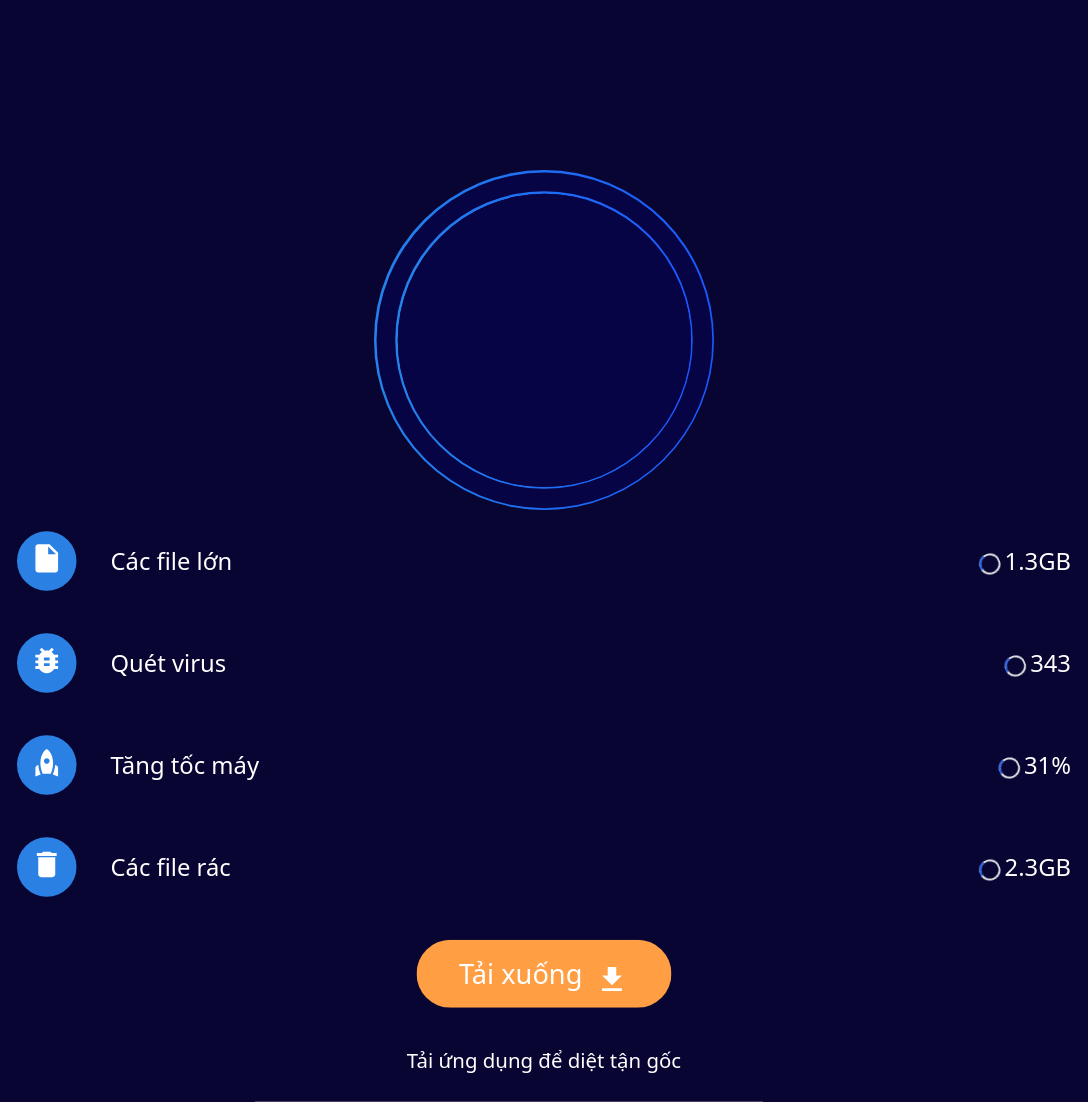
Repository: Kiendz3202/anti-virus-landingpage-mobile
Page: /, after clicking the first element matching `div.from-\[\#1CE5F8\]`
An editor plug-in stored every save of this project. The page is shown before and after the next save, followed by the edit.
The browser window is 1280 px wide. The pictures show the whole page, at 85% of full size.
The project was rebuilt for these pictures with package versions that can differ from the ones it lists, and the page was loaded fresh each time. The framework's server and built-in components were replaced by stand-ins that run in the browser. Also part of the build but not shown: next.config.js.

Above is the page before, as saved 2023-01-08 19:16:24.

### pages/index.js
import HomeView from '../views';

export default function Home() {
	return <HomeView />;
}

### styles/globals.css
@tailwind base;
@tailwind components;
@tailwind utilities;

@layer base {
	html {
		/* font-size: calc(15px + 0.390625vw); //15px */
		font-size: 10px;
	}

	* {
		box-sizing: border-box;
	}

	@media (max-width: 640px) {
		html {
			font-size: 7px;
		}
	}

	@media (min-width: 640px) {
		html {
			font-size: 7px;
		}
	}

	@media (min-width: 768px) {
		html {
			font-size: 8px;
		}
	}

	@media (min-width: 1024px) {
		html {
			font-size: 9px;
		}
	}

	@media (min-width: 1280px) {
		html {
			font-size: 10px;
		}
	}
}

### views/index.js
import React, { useEffect, useState } from 'react';
import ScanResult from '../components/ScanResult';
import ScanShield from '../components/ScanShield';
import { delay } from '../utils/delay';

function HomeView() {
	// const [isCheckingInitial, setIsCheckingInitial] = useState(true);
	const [loadingScan, setLoadingScan] = useState(false);
	const [showResult, setShowResult] = useState(false);
	// useEffect(() => {
	// 	const intervalID = setTimeout(() => {
	// 		setIsCheckingInitial((toggle) => !toggle);
	// 	}, 2000);

	// 	return () => clearInterval(intervalID);
	// }, []);

	const scanHandle = async () => {
		if (!showResult) {
			// setIsCheckingInitial(false);
			setLoadingScan(true);
			// await delay(4000);
			setLoadingScan(false);
			setShowResult(true);
		}
	};
	return (
		<div className="h-screen bg-[#080533]">
			<div
				className={` w-full   transition-all ease-in-out duration-[1500ms] pt-[20rem] ${
					showResult ? ' h-[0px]' : 'h-screen'
				}`}
			>
				<div
					className={`bg-[#08043D] h-[40rem] w-[40rem] mx-auto rounded-full flex items-center justify-center ${
						showResult ? 'hidden' : ''
					}`}
				>
					<div className=" bg-[#070446] h-[32rem] w-[32rem] rounded-full flex items-center justify-center relative">
						<div className="bg-gradient-to-r from-[#0F2171] to-[#075DAF] h-[28rem] w-[28rem] rounded-full flex items-center justify-center animate-spin"></div>
						<div
							onClick={scanHandle}
							className=" bg-gradient-to-r from-[#1CE5F8] to-[#0092FF] h-[24rem] w-[24rem] rounded-full flex items-center justify-center absolute top-[4rem]"
						>
							<div className=" bg-gradient-to-r from-[#08042E] to-[#060075] h-[23rem] w-[23rem] rounded-full flex items-center justify-center ">
								<span className="text-white text-[6rem] font-semibold">
									Quét
								</span>
							</div>
						</div>
					</div>
				</div>
			</div>
			{showResult ? (
				<div className="text-white">
					<ScanShield />
					<ScanResult />
				</div>
			) : (
				''
			)}
		</div>
	);
}

export default HomeView;

### components/ScanResult.js
import InsertDriveFileIcon from '@mui/icons-material/InsertDriveFile';
import BugReportIcon from '@mui/icons-material/BugReport';
import RocketIcon from '@mui/icons-material/Rocket';
import DeleteIcon from '@mui/icons-material/Delete';
import FileDownloadIcon from '@mui/icons-material/FileDownload';
import { useState, useEffect } from 'react';
import { delay } from '../utils/delay';

function getRandomArbitrary(min, max) {
	return Math.random() * (max - min) + min;
}

function ScanResult() {
	const [isScanning, setIsScanning] = useState(true);
	const [bigFile, setBigFile] = useState(
		getRandomArbitrary(0.3, 2).toString().slice(0, 3)
	);
	const [virus, setVirus] = useState(
		getRandomArbitrary(108, 352).toString().split('.')[0]
	);
	const [speedPercent, setSpeedPercent] = useState(
		getRandomArbitrary(30, 80).toString().split('.')[0]
	);
	const [trashFile, setTrashFile] = useState(
		getRandomArbitrary(0.2, 3).toString().slice(0, 3)
	);
	const arr = Array.from(Array(30).keys());

	const loopAsync = async () => {
		for (const number of arr) {
			setBigFile(() => getRandomArbitrary(0.3, 2).toString().slice(0, 3));
			setVirus(
				() => getRandomArbitrary(108, 352).toString().split('.')[0]
			);
			setSpeedPercent(
				() => getRandomArbitrary(30, 80).toString().split('.')[0]
			);
			setTrashFile(() =>
				getRandomArbitrary(0.2, 3).toString().slice(0, 3)
			);
			await delay(200);
		}
		setIsScanning(false);
	};
	useEffect(() => {
		loopAsync();
	}, []);

	// const bigFile = getRandomArbitrary(0.3, 2).toString().slice(0, 3);
	// const virus = getRandomArbitrary(108, 352).toString().split('.')[0];
	// const speedPercent = getRandomArbitrary(30, 80).toString().split('.')[0];
	// const trashFile = getRandomArbitrary(0.2, 3).toString().slice(0, 3);
	// console.log(trashFile);
	return (
		<div className="bg-[#080533]">
			{/* big file  */}
			<div className="flex justify-between  h-[12rem] items-center text-[2.8rem] font-medium ">
				<div>
					<div className="bg-[#2A81E3] text-white rounded-full w-[7rem] h-[7rem] ml-[2rem]">
						<InsertDriveFileIcon
							sx={{
								fontSize: '4rem',
								marginLeft: '1.5rem',
								marginTop: '1.2rem',
							}}
						/>
					</div>
				</div>
				<div className=" mr-auto ml-[4rem]">Các file lớn</div>
				<div className="flex">
					{isScanning && (
						<div role="status">
							<svg
								aria-hidden="true"
								class="inline w-10 h-10 mr-2 text-gray-200 animate-spin dark:text-gray-600 fill-blue-600"
								viewBox="0 0 100 101"
								fill="none"
								xmlns="http://www.w3.org/2000/svg"
							>
								<path
									d="M100 50.5908C100 78.2051 77.6142 100.591 50 100.591C22.3858 100.591 0 78.2051 0 50.5908C0 22.9766 22.3858 0.59082 50 0.59082C77.6142 0.59082 100 22.9766 100 50.5908ZM9.08144 50.5908C9.08144 73.1895 27.4013 91.5094 50 91.5094C72.5987 91.5094 90.9186 73.1895 90.9186 50.5908C90.9186 27.9921 72.5987 9.67226 50 9.67226C27.4013 9.67226 9.08144 27.9921 9.08144 50.5908Z"
									fill="currentColor"
								/>
								<path
									d="M93.9676 39.0409C96.393 38.4038 97.8624 35.9116 97.0079 33.5539C95.2932 28.8227 92.871 24.3692 89.8167 20.348C85.8452 15.1192 80.8826 10.7238 75.2124 7.41289C69.5422 4.10194 63.2754 1.94025 56.7698 1.05124C51.7666 0.367541 46.6976 0.446843 41.7345 1.27873C39.2613 1.69328 37.813 4.19778 38.4501 6.62326C39.0873 9.04874 41.5694 10.4717 44.0505 10.1071C47.8511 9.54855 51.7191 9.52689 55.5402 10.0491C60.8642 10.7766 65.9928 12.5457 70.6331 15.2552C75.2735 17.9648 79.3347 21.5619 82.5849 25.841C84.9175 28.9121 86.7997 32.2913 88.1811 35.8758C89.083 38.2158 91.5421 39.6781 93.9676 39.0409Z"
									fill="currentFill"
								/>
							</svg>
							<span class="sr-only">Loading...</span>
						</div>
					)}
					<div className="pr-[2rem]">{bigFile}GB</div>
				</div>
			</div>
			{/* diet virus  */}
			<div className="flex justify-between  h-[12rem] items-center text-[2.8rem] font-medium">
				<div>
					<div className="bg-[#2A81E3] text-white rounded-full w-[7rem] h-[7rem] ml-[2rem]">
						<BugReportIcon
							sx={{
								fontSize: '4rem',
								marginLeft: '1.5rem',
								marginTop: '1.2rem',
							}}
						/>
					</div>
				</div>
				<div className=" mr-auto ml-[4rem]">Quét virus</div>
				<div className="flex">
					{isScanning && (
						<div role="status">
							<svg
								aria-hidden="true"
								class="inline w-10 h-10 mr-2 text-gray-200 animate-spin dark:text-gray-600 fill-blue-600"
								viewBox="0 0 100 101"
								fill="none"
								xmlns="http://www.w3.org/2000/svg"
							>
								<path
									d="M100 50.5908C100 78.2051 77.6142 100.591 50 100.591C22.3858 100.591 0 78.2051 0 50.5908C0 22.9766 22.3858 0.59082 50 0.59082C77.6142 0.59082 100 22.9766 100 50.5908ZM9.08144 50.5908C9.08144 73.1895 27.4013 91.5094 50 91.5094C72.5987 91.5094 90.9186 73.1895 90.9186 50.5908C90.9186 27.9921 72.5987 9.67226 50 9.67226C27.4013 9.67226 9.08144 27.9921 9.08144 50.5908Z"
									fill="currentColor"
								/>
								<path
									d="M93.9676 39.0409C96.393 38.4038 97.8624 35.9116 97.0079 33.5539C95.2932 28.8227 92.871 24.3692 89.8167 20.348C85.8452 15.1192 80.8826 10.7238 75.2124 7.41289C69.5422 4.10194 63.2754 1.94025 56.7698 1.05124C51.7666 0.367541 46.6976 0.446843 41.7345 1.27873C39.2613 1.69328 37.813 4.19778 38.4501 6.62326C39.0873 9.04874 41.5694 10.4717 44.0505 10.1071C47.8511 9.54855 51.7191 9.52689 55.5402 10.0491C60.8642 10.7766 65.9928 12.5457 70.6331 15.2552C75.2735 17.9648 79.3347 21.5619 82.5849 25.841C84.9175 28.9121 86.7997 32.2913 88.1811 35.8758C89.083 38.2158 91.5421 39.6781 93.9676 39.0409Z"
									fill="currentFill"
								/>
							</svg>
							<span class="sr-only">Loading...</span>
						</div>
					)}
					<div className="pr-[2rem]">{virus}</div>
				</div>
			</div>
			{/* tang toc  */}
			<div className="flex justify-between  h-[12rem] items-center text-[2.8rem] font-medium">
				<div>
					<div className="bg-[#2A81E3] text-white rounded-full w-[7rem] h-[7rem] ml-[2rem]">
						<RocketIcon
							sx={{
								fontSize: '4rem',
								marginLeft: '1.5rem',
								marginTop: '1.2rem',
							}}
						/>
					</div>
				</div>
				<div className=" mr-auto ml-[4rem]">Tăng tốc máy</div>
				<div className="flex">
					{isScanning && (
						<div role="status">
							<svg
								aria-hidden="true"
								class="inline w-10 h-10 mr-2 text-gray-200 animate-spin dark:text-gray-600 fill-blue-600"
								viewBox="0 0 100 101"
								fill="none"
								xmlns="http://www.w3.org/2000/svg"
							>
								<path
									d="M100 50.5908C100 78.2051 77.6142 100.591 50 100.591C22.3858 100.591 0 78.2051 0 50.5908C0 22.9766 22.3858 0.59082 50 0.59082C77.6142 0.59082 100 22.9766 100 50.5908ZM9.08144 50.5908C9.08144 73.1895 27.4013 91.5094 50 91.5094C72.5987 91.5094 90.9186 73.1895 90.9186 50.5908C90.9186 27.9921 72.5987 9.67226 50 9.67226C27.4013 9.67226 9.08144 27.9921 9.08144 50.5908Z"
									fill="currentColor"
								/>
								<path
									d="M93.9676 39.0409C96.393 38.4038 97.8624 35.9116 97.0079 33.5539C95.2932 28.8227 92.871 24.3692 89.8167 20.348C85.8452 15.1192 80.8826 10.7238 75.2124 7.41289C69.5422 4.10194 63.2754 1.94025 56.7698 1.05124C51.7666 0.367541 46.6976 0.446843 41.7345 1.27873C39.2613 1.69328 37.813 4.19778 38.4501 6.62326C39.0873 9.04874 41.5694 10.4717 44.0505 10.1071C47.8511 9.54855 51.7191 9.52689 55.5402 10.0491C60.8642 10.7766 65.9928 12.5457 70.6331 15.2552C75.2735 17.9648 79.3347 21.5619 82.5849 25.841C84.9175 28.9121 86.7997 32.2913 88.1811 35.8758C89.083 38.2158 91.5421 39.6781 93.9676 39.0409Z"
									fill="currentFill"
								/>
							</svg>
							<span class="sr-only">Loading...</span>
						</div>
					)}
					<div className="pr-[2rem]">{speedPercent}%</div>
				</div>
			</div>
			{/* Các file rác   */}
			<div className="flex justify-between  h-[12rem] items-center text-[2.8rem] font-medium">
				<div>
					<div className="bg-[#2A81E3] text-white rounded-full w-[7rem] h-[7rem] ml-[2rem]">
						<DeleteIcon
							sx={{
								fontSize: '4rem',
								marginLeft: '1.5rem',
								marginTop: '1.2rem',
							}}
						/>
					</div>
				</div>
				<div className=" mr-auto ml-[4rem]">Các file rác</div>
				<div className="flex">
					{isScanning && (
						<div role="status">
							<svg
								aria-hidden="true"
								class="inline w-10 h-10 mr-2 text-gray-200 animate-spin dark:text-gray-600 fill-blue-600"
								viewBox="0 0 100 101"
								fill="none"
								xmlns="http://www.w3.org/2000/svg"
							>
								<path
									d="M100 50.5908C100 78.2051 77.6142 100.591 50 100.591C22.3858 100.591 0 78.2051 0 50.5908C0 22.9766 22.3858 0.59082 50 0.59082C77.6142 0.59082 100 22.9766 100 50.5908ZM9.08144 50.5908C9.08144 73.1895 27.4013 91.5094 50 91.5094C72.5987 91.5094 90.9186 73.1895 90.9186 50.5908C90.9186 27.9921 72.5987 9.67226 50 9.67226C27.4013 9.67226 9.08144 27.9921 9.08144 50.5908Z"
									fill="currentColor"
								/>
								<path
									d="M93.9676 39.0409C96.393 38.4038 97.8624 35.9116 97.0079 33.5539C95.2932 28.8227 92.871 24.3692 89.8167 20.348C85.8452 15.1192 80.8826 10.7238 75.2124 7.41289C69.5422 4.10194 63.2754 1.94025 56.7698 1.05124C51.7666 0.367541 46.6976 0.446843 41.7345 1.27873C39.2613 1.69328 37.813 4.19778 38.4501 6.62326C39.0873 9.04874 41.5694 10.4717 44.0505 10.1071C47.8511 9.54855 51.7191 9.52689 55.5402 10.0491C60.8642 10.7766 65.9928 12.5457 70.6331 15.2552C75.2735 17.9648 79.3347 21.5619 82.5849 25.841C84.9175 28.9121 86.7997 32.2913 88.1811 35.8758C89.083 38.2158 91.5421 39.6781 93.9676 39.0409Z"
									fill="currentFill"
								/>
							</svg>
							<span class="sr-only">Loading...</span>
						</div>
					)}
					<div className="pr-[2rem]">{trashFile}GB</div>
				</div>
			</div>
			{/* Tai ung dung   */}
			<div className="flex flex-col   items-center text-[3.2rem] font-medium mt-[4rem] pb-[3rem]">
				<div className="flex items-center justify-center bg-[#FF9E43] text-white rounded-full w-[30rem] h-[8rem] active:opacity-60 cursor-pointer animate-bounce">
					<div>Tải xuống</div>
					<div>
						<FileDownloadIcon
							sx={{
								fontSize: '4rem',
								marginLeft: '1.5rem',
								marginTop: '1.2rem',
							}}
						/>
					</div>
				</div>
				<div className="mt-[3rem] text-[2.4rem] font-normal">
					Tải ứng dụng để diệt tận gốc
				</div>
			</div>
		</div>
	);
}

export default ScanResult;

### components/ScanShield.js
import React from 'react';

function ScanShield() {
	return (
		<div>
			<div
				className={` bg-gradient-to-r from-[#2483EA] to-[#1A58FD] h-[40rem] w-[40rem] mx-auto rounded-full flex items-center justify-center `}
			>
				<div className=" bg-[#070446] h-[39.5rem] w-[39.5rem] rounded-full flex items-center justify-center ">
					<div
						className={` bg-gradient-to-r from-[#2483EA] to-[#1A58FD] h-[35rem] w-[35rem] mx-auto rounded-full flex items-center justify-center `}
					>
						<div className=" bg-[#070446] h-[34.5rem] w-[34.5rem] rounded-full flex items-center justify-center ">
							<div className=" bg-[#070446] h-[34.5rem] w-[34.5rem] rounded-full flex items-center justify-center "></div>
						</div>
					</div>
				</div>
			</div>
		</div>
	);
}

export default ScanShield;

### utils/delay.js
export const delay = (m) => new Promise((r) => setTimeout(r, m));

### tailwind.config.js
/** @type {import('tailwindcss').Config} */
module.exports = {
	content: [
		'./pages/**/*.{js,ts,jsx,tsx}',
		'./components/**/*.{js,ts,jsx,tsx}',
		'./views/**/*.{js,ts,jsx,tsx}',
	],
	theme: {
		extend: {},
	},
	plugins: [],
};

Loaded but not shown: pages/_app.js (common file); pages/_document.js (common file)

After the next save:
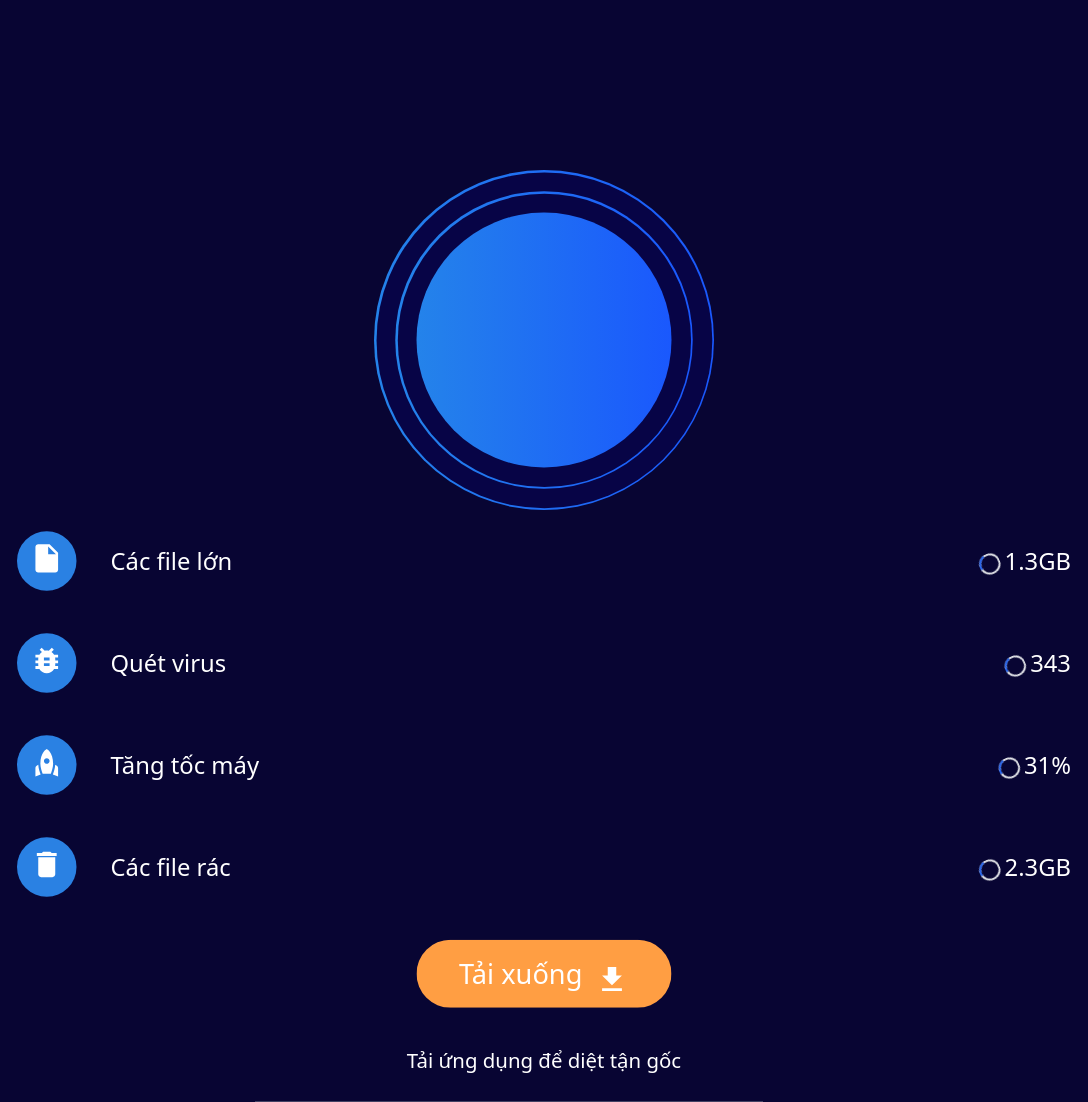
Saved 23 s later.
--- a/components/ScanShield.js
+++ b/components/ScanShield.js
@@ -11,7 +11,7 @@
 						className={` bg-gradient-to-r from-[#2483EA] to-[#1A58FD] h-[35rem] w-[35rem] mx-auto rounded-full flex items-center justify-center `}
 					>
 						<div className=" bg-[#070446] h-[34.5rem] w-[34.5rem] rounded-full flex items-center justify-center ">
-							<div className=" bg-[#070446] h-[34.5rem] w-[34.5rem] rounded-full flex items-center justify-center "></div>
+							<div className="  bg-gradient-to-r from-[#2483EA] to-[#1A58FD] h-[30rem] w-[30rem] rounded-full flex items-center justify-center "></div>
 						</div>
 					</div>
 				</div>
